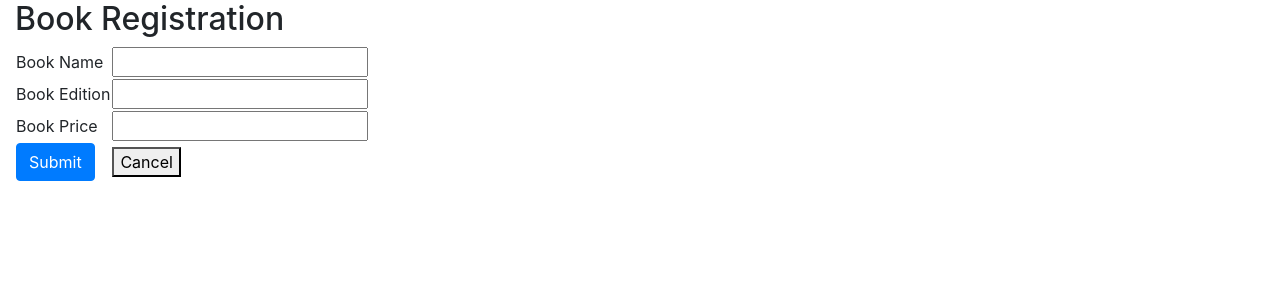
Repository: meriam0000/servlet
Page: BookWebApp/src/main/webapp/Home.html
The author's editor kept a copy of each file at every save. The page is drawn from the files as they stood at one save, then again after the next save.
The browser window is 1280 px wide. The pictures show the whole page.

Above is the page before, as saved 2024-02-12 20:28:47.

After the next save:
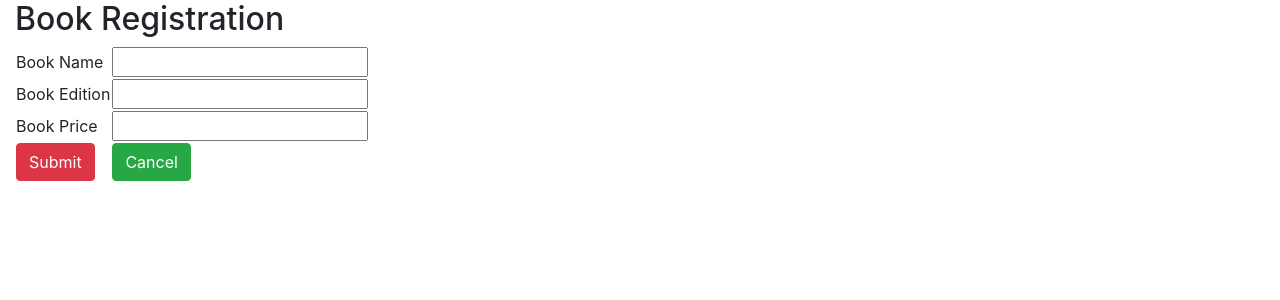
Saved 55 s later.
--- a/BookWebApp/src/main/webapp/Home.html
+++ b/BookWebApp/src/main/webapp/Home.html
@@ -37,8 +37,8 @@ Book Price
 </tr>
 
 <tr>
-<td><button type ="submit"  class="btn btn-primary"> Submit</button></td>
-<td><button type="reset"> Cancel</button></td>
+<td><button type ="submit"  class="btn btn-danger"> Submit</button></td>
+<td><button type="reset" class="btn btn-success" > Cancel</button></td>
 </tr>
 
 </table>
